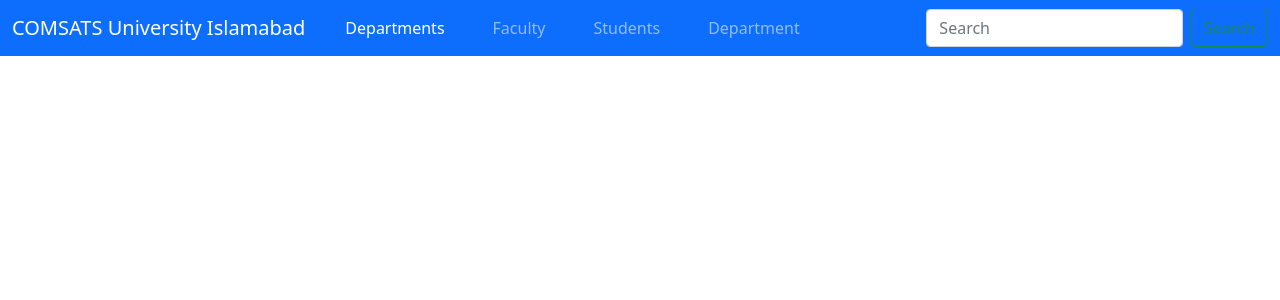
Repository: SaudCh/Web-Mid-Exams
Page: /register
An editor plug-in stored every save of this project. The page is shown before and after the next save, followed by the edit.
The browser window is 1280 px wide. The pictures show the whole page.
The project was rebuilt for these pictures with package versions that can differ from the ones it lists, and the page was loaded fresh each time.

Above is the page before, as saved 2021-11-22 10:34:19.

After the next save:
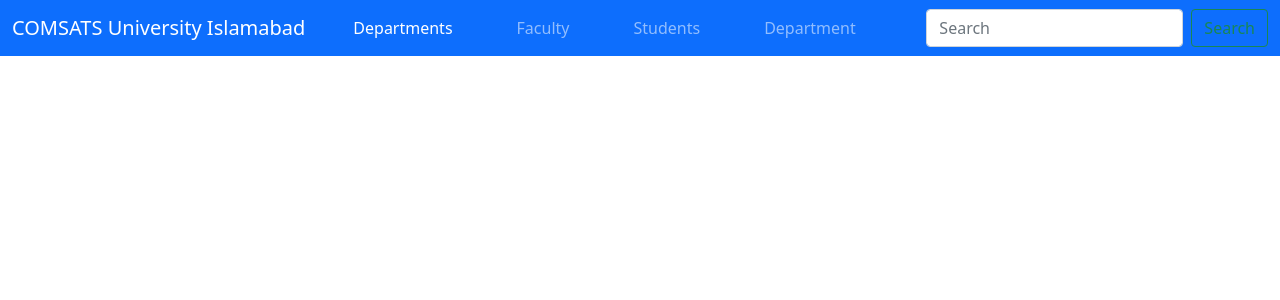
Saved 34 s later.
--- a/src/Shared/Header.jsx
+++ b/src/Shared/Header.jsx
@@ -20,18 +20,18 @@
         </button>
         <div class="collapse navbar-collapse" id="navbarSupportedContent">
           <ul class="navbar-nav me-auto mb-2 mb-lg-0">
-            <li class="nav-item mx-3">
+            <li class="nav-item mx-md-4">
               <Link to="/" class="nav-link active" aria-current="page" href="#">
                 Departments
               </Link>
             </li>
-            <li class="nav-item mx-3">
+            <li class="nav-item mx-md-4">
               <Link to="/" class="nav-link" href="#">
                 Faculty
               </Link>
             </li>
 
-            <li class="nav-item mx-3">
+            <li class="nav-item mx-md-4">
               <Link
                 to="/"
                 class="nav-link"
@@ -42,7 +42,7 @@
                 Students
               </Link>
             </li>
-            <li class="nav-item mx-3">
+            <li class="nav-item mx-md-4">
               <Link
                 to="/"
                 class="nav-link"
